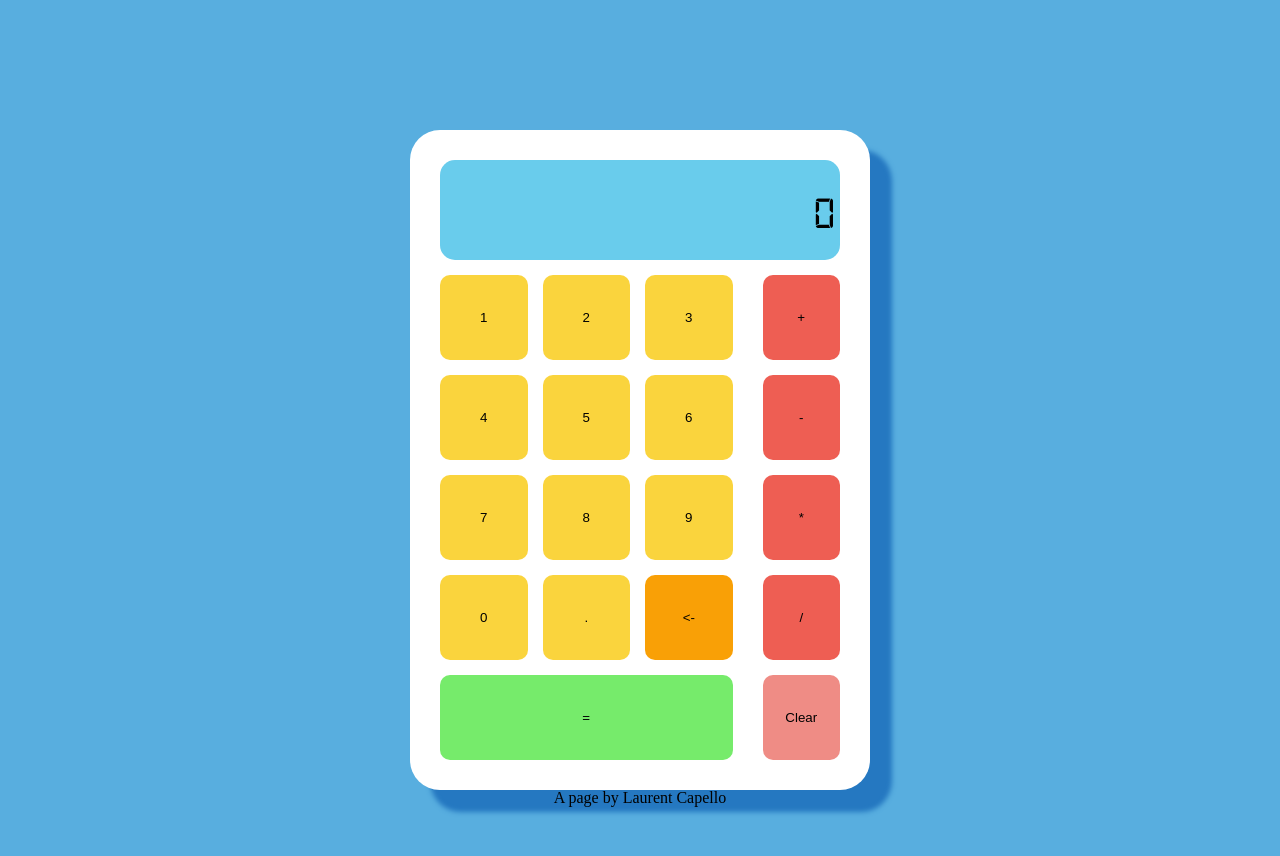
Repository: sokafootball/js-calculator
Page: index.html
These files come from the project's save history. The page is drawn as it stood at one moment and after the next save; the edit follows.
The browser window is 1280 px wide. The pictures show the whole page.

Above is the page before, as saved 2020-05-06 20:36:28.

### index.html
<html>
<head>
  <title>Javascript Calculator - By Laurent Capello</title>
  <link rel="stylesheet" type="text/css" href="reset.css">
  <link rel="stylesheet" type="text/css" href="style.css">
  <!--<link rel="stylesheet" type="text/css" href="wireframe.css">-->
  <link href="https://fonts.googleapis.com/css2?family=Barlow:wght@300&display=swap" rel="stylesheet">
</head>
<body>
<main id="main">
  <div id="calculator">
    <p id="display">0</p>
    <div id="numpad">
      <button class="button num-button">1</button>
      <button class="button num-button">2</button>
      <button class="button num-button">3</button>
      <button class="button num-button">4</button>
      <button class="button num-button">5</button>
      <button class="button num-button">6</button>
      <button class="button num-button">7</button>
      <button class="button num-button">8</button>
      <button class="button num-button">9</button>
      <button class="button num-button">0</button>
      <button id="decimal-button" class="button">.</button>
      <button id="backspace" class="button"><-</button>
    </div>
    <button id="equal-button" class="button">=</button>
    <div id="operators">
      <button class="button operation-button">+</button>
      <button class="button operation-button">-</button>
      <button class="button operation-button">*</button>
      <button class="button operation-button">/</button>
    </div>
    <button id="clear-button" class="button">Clear</button>
  </div>
</main>
<footer id="footer">
  <p>A page by <span id="signature">Laurent Capello</span></p>
</footer>
<div id="hidden-element" class="display-full" style="display: none"></div>
<script type="text/javascript" src="script.js"></script>
</body>
</html>

### style.css
@font-face {
  font-family: "calcFont";
  src: url("./fonts/digital-7/digital-7.ttf");
  }

:root {
  --row-gap: 15px;
}

body{
  align-items: center;
  background-color: hsl(202, 68%, 61%);
  display: flex;
  flex-direction: column;
  justify-content: space-between;
}

.display-full{
  animation-name: display-full;
  animation-duration: 0.3s;
}

#backspace{
  background-color: hsl(38, 95%, 50%);
}

#calculator{
  background-color: white;
  border-radius: 30px;
  box-shadow: 21px 21px 5px 1px hsl(208, 68%, 45%);
  display: grid;
  gap: var(--row-gap) 30px;
  grid-template-areas:
    "display display display display"
    "numpad numpad numpad operators"
    "numpad numpad numpad operators"
    "numpad numpad numpad operators"
    "numpad numpad numpad operators"
    "equal equal equal backspace";
  grid-template-columns: repeat(4, 1fr);
  grid-template-rows: 100px repeat(5, 1fr); /*first row is fixed to stop the border animation from taking space from other rows*/
  height: 600px;
  margin-top: 130px;
  padding: 30px;
  width: 400px;
}

#calculator button{
  border-radius: 10px;
  border-width: 0px;
  outline: none;
}

#calc-top{
  margin-bottom: 40px;
}

#clear-button{
  background-color: hsl(4, 77%, 73%);

}

#display{
  background-color: hsl(195, 78%, 67%);
  border-radius: 15px;
  border-width: 0px;
  font-family: 'calcFont', sans-serif;
  font-size: 45px;
  grid-area: display;
  line-height: 95px;
  padding-right: 5px;
  text-align: right;
  vertical-align: middle;
}

#equal-button{
  background-color: hsl(115, 76%, 67%);
  grid-area: equal;
}

#footer{
  margin-bottom: 50px;
}

#numpad{
  display: grid;
  gap: var(--row-gap);
  grid-area: numpad;
  grid-template-columns: repeat(3, 1fr);
  grid-template-rows: repeat(4, 1fr);
}

.num-button, #decimal-button{
  background-color: hsl(48, 95%, 61%);
}
/*
#operators{
  display: flex;
  flex-direction: column;
  justify-content: space-evenly;
  grid-area: operators;
}
*/

#operators{
  display: grid;
  gap: var(--row-gap);
  grid-template-rows: repeat(4, 1fr);
  grid-area: operators;
}

#operators button{
  background-color: hsl(4, 82%, 63%);
  flex-grow: 1;
}

@keyframes display-full{
  0% {border: 1px solid black;}
  50% {
    border: 2px solid red;
    box-shadow: 0px 0px 6px 1px red;
    line-height: 93px;
    padding-right: 4px;
  }
  100% {border: 1px solid black;}
}

### script.js
/*
CODE BY LAURENT CAPELLO
*/

//#region STARTUP
const MAX_DISPLAY_LENGTH = 14
const MAX_DECIMALS = 3
const EXPONENTIAL_NOTATION_DIGITS = MAX_DISPLAY_LENGTH - 4 //4 digits are reserved for the exponential notation and the dot
let display = document.querySelector(`#display`)
let overwriteIsOn = true
let operation = null, operand1 = null, operand2 = null

addFunctionsToBtns()

function addFunctionsToBtns(){
	let numButtons = document.querySelectorAll(`.num-button`)
	numButtons = Array.from(numButtons)
	numButtons.forEach(button => {
		button.addEventListener(`click`, () => pressNumBtn(button.innerText))
	});

	let opButtons = document.querySelectorAll(`.operation-button`)
	opButtons = Array.from(opButtons)
	opButtons.forEach(button => {
		button.addEventListener(`click`, () => pressOperationBtn(button.innerText))
	});

	let equalButton = document.querySelector(`#equal-button`)
	equalButton.addEventListener(`click`, pressEqualBtn)

	let clearButton = document.querySelector(`#clear-button`)
	clearButton.addEventListener(`click`, pressClearBtn)

	let bckSpaceBtn = document.querySelector(`#backspace`)
	bckSpaceBtn.addEventListener(`click`, pressBackspaceBtn)

	let decimalBtn = document.querySelector(`#decimal-button`)
	decimalBtn.addEventListener(`click`, pressDecimalBtn)

	document.onkeydown = (e) => filterKeyPress(e)
}

function filterKeyPress(e){
	console.log(`key pressed`)
	if (e.which <= 105 && e.which >= 96){
		pressNumBtn(Number(e.key))
	} else if (e.which == 106 || e.which == 107 || e.which == 109 || e.which == 111) {
		pressOperationBtn(e.key)
	} else if (e.which == 13){
		pressEqualBtn()
	} else if (e.which == 110){
		pressDecimalBtn()
	} else if (e.which == 8){
		pressBackspaceBtn()
	}
}
//#endregion

//#region SUPPORT FUNCTIONS
function clear(){
	display.innerText = `0`
	operation = null
	operand1 = null
	operand2 = null
	overwriteIsOn = true
}

function displayNumber(num){
	if(num == 0 && display.innerText == `0`) return
  if(overwriteIsOn){
		if(num == `.`){
			display.innerText += num
		}else{
			display.innerText = num
		}
		overwriteIsOn = false
	}else{
		if(display.innerText.length >= MAX_DISPLAY_LENGTH){
			animateDisplay()
			return
		}
		display.innerText += num
	}
}

function displayResult(){
	operand1 = operate(operation, operand1, operand2)
	operand2 = null
	display.innerText = operand1
}

function saveNumber(){
	if(operation == null)
		operand1 =  Number(display.innerText)
	else operand2 =  Number(display.innerText)
}

function saveOperation(operationSign){
	operation = operationSign
	overwriteIsOn = true
}

function truncateDecimals(num){
	if((num % 1).toString().length > MAX_DECIMALS) return Number(num).toFixed(MAX_DECIMALS)
	return num
}

function truncateIntegers(num){
	if(num.toString().length <= MAX_DISPLAY_LENGTH) return num
	return num.toExponential(EXPONENTIAL_NOTATION_DIGITS)
}
//#endregion

//#region BUTTONS FUNCTIONS
function pressBackspaceBtn(){
	//if display length is 1
	if(display.innerText.length == 1){
		display.innerText = `0`
	}else{
		let displayArray = Array.from(display.innerText)
		displayArray.pop()
		display.innerText = displayArray.join(``)
	}
	saveNumber()
}

function pressDecimalBtn(){
	//add dot to the right of the number on display
	if (display.innerText.includes(`.`)) return
	displayNumber(`.`)
	saveNumber()
}

function pressClearBtn(){
	clear()
}

function pressEqualBtn(){
	if(operand1 != null && operand2 != null){
		displayResult()
		operation = null
		overwriteIsOn = true
		operand2 = null
	}else{
		operation = null
		overwriteIsOn = true
		operand2 = null
		display.innerText = operand1 == null ? `0` : operand1
	}
}

function pressNumBtn(num){
	displayNumber(Number(num))
	saveNumber()
}

function pressOperationBtn(operationSign){
	if (operation == null){
		saveOperation(operationSign)
	}else{
		if(operand1 != null && operand2 != null){
			displayResult()
		}
		saveOperation(operationSign)
	}
}
//#endregion

//#region MATH FUNCTIONS
function operate(operation, a, b){
	let result = null
	switch (operation){
		case `+`:
			operation = add
			break
		case `-`:
			operation = subtract
			break;
		case `*`:
			operation = multiply
			break
		case `/`:
			operation = divide
			break;
		default:
			console.log(`invalid operation`)
			return
	}
	result = Number(operation(a,b))
	result = truncateDecimals(result)
	result = truncateIntegers(result)
  return Number(result)
}

function add (...nums) {
	return nums.reduce((total, num) => {
		return total + num
	}, 0)
}

function subtract (...nums) {
	return nums.reduce((total, num) => {
		return total - num
	})
}

function sum (arr) {
	return add(...arr)
}

function divide (...nums){
	if (nums[1] == 0){
		console.log(`you can't divide by 0!`)
		clear()
		return 0
	}
	return nums.reduce((total, num) => total / num
	)
}

function multiply (...nums) {
	return nums.reduce((total, num) => {
		return total * num
	})
}
//#endregion

//#region DISPLAY ANIMATION FUNCTIONS
function convertDuration(durationString){
	let duration = Number(durationString.replace(`s`, ``))
	return duration * 1000
}

function animateDisplay(){
	let animDurationString = getComputedStyle(document.querySelector(`.display-full`)).animationDuration
	const ANIM_DURATION = convertDuration(animDurationString)
	display.classList.remove(`display-full`)
	display.classList.add(`display-full`)
	setTimeout(() => display.classList.remove(`display-full`), ANIM_DURATION);
}
//#endregion

Loaded but not shown: reset.css (common file)

After the next save:
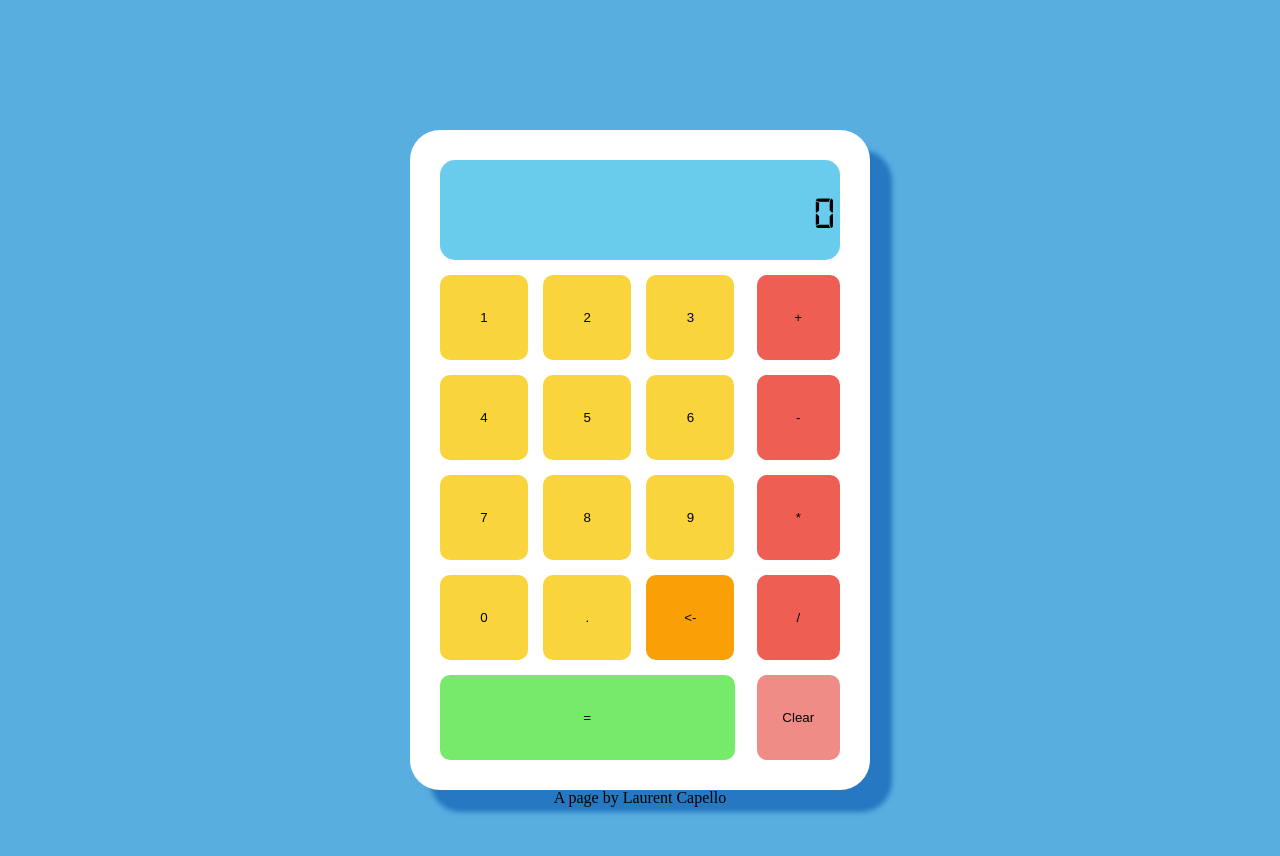
Saved 2 min 1 s later.
--- a/style.css
+++ b/style.css
@@ -29,7 +29,7 @@ body{
   border-radius: 30px;
   box-shadow: 21px 21px 5px 1px hsl(208, 68%, 45%);
   display: grid;
-  gap: var(--row-gap) 30px;
+  gap: var(--row-gap) 22px;
   grid-template-areas:
     "display display display display"
     "numpad numpad numpad operators"
